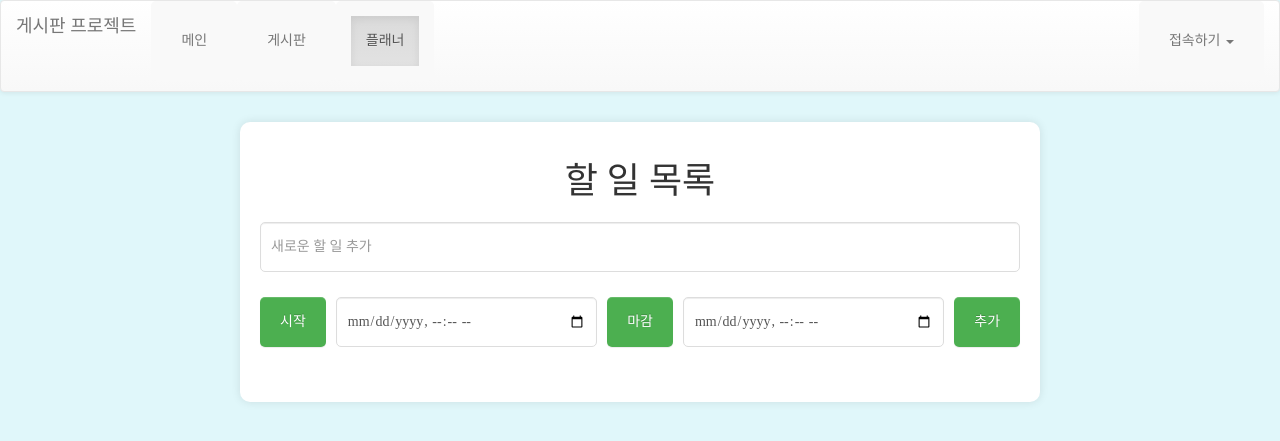
Repository: Seok7975/JSP-Education
Page: http://localhost/ToDoList공유_게시판/planner/planner.jsp
These files come from the project's save history. The page is drawn as it stood at one moment and after the next save; the edit follows.
The browser window is 1280 px wide. The pictures show the whole page.
Some web fonts or font styles are not loaded; a fallback is used. Some web libraries are served in a nearby version. The page is served by Tomcat 9.

Above is the page before, as saved 2024-06-17 05:14:02.

After the next save:
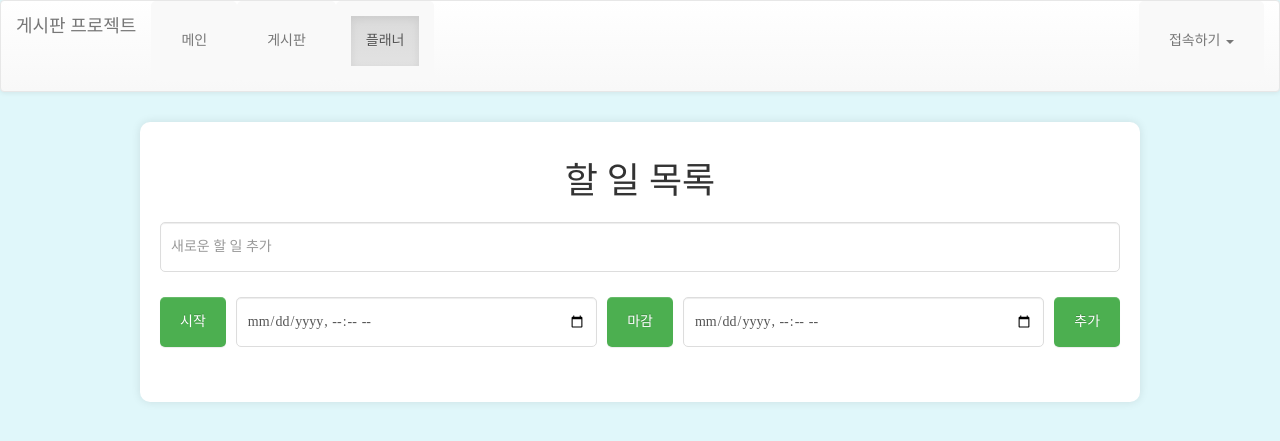
Saved 5 min 40 s later.
--- a/List_Projects_ver2/ToDoList공유 게시판/src/main/webapp/todolistCss/todolistStyle.css
+++ b/List_Projects_ver2/ToDoList공유 게시판/src/main/webapp/todolistCss/todolistStyle.css
@@ -4,7 +4,7 @@
 }
 
 .todo-container {
-    max-width: 800px;
+    max-width: 1000px;
     margin: 30px auto;
     padding: 20px;
     background: #fff;

After the save that followed:
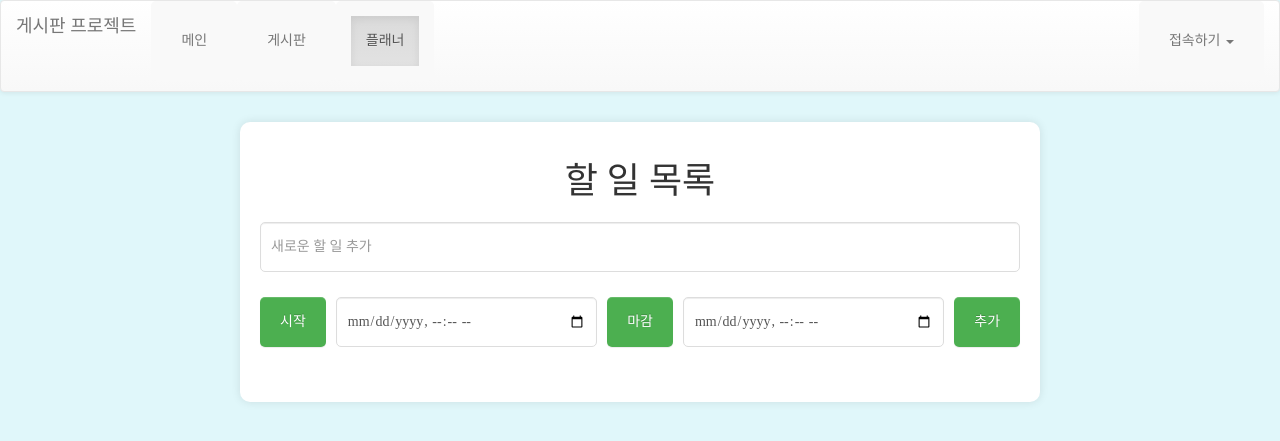
Saved 9 min 15 s later.
--- a/List_Projects_ver2/ToDoList공유 게시판/src/main/webapp/todolistCss/todolistStyle.css
+++ b/List_Projects_ver2/ToDoList공유 게시판/src/main/webapp/todolistCss/todolistStyle.css
@@ -4,7 +4,7 @@
 }
 
 .todo-container {
-    max-width: 1000px;
+    max-width: 800px;
     margin: 30px auto;
     padding: 20px;
     background: #fff;
